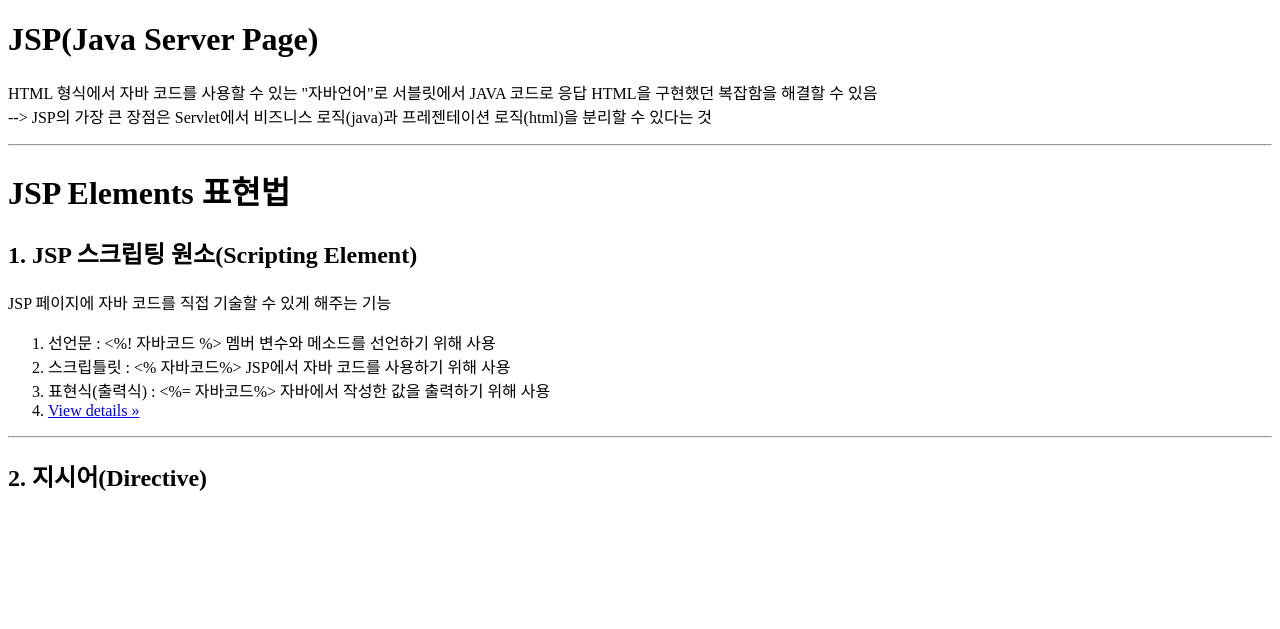
Repository: chuhj1226/servlet
Page: workspace/2_JSP/WebContent/index.html
These files come from the project's save history. The page is drawn as it stood at one moment and after the next save; the edit follows.
The browser window is 1280 px wide. The pictures show the whole page.

Above is the page before, as saved 2021-10-05 08:34:33.

After the next save:
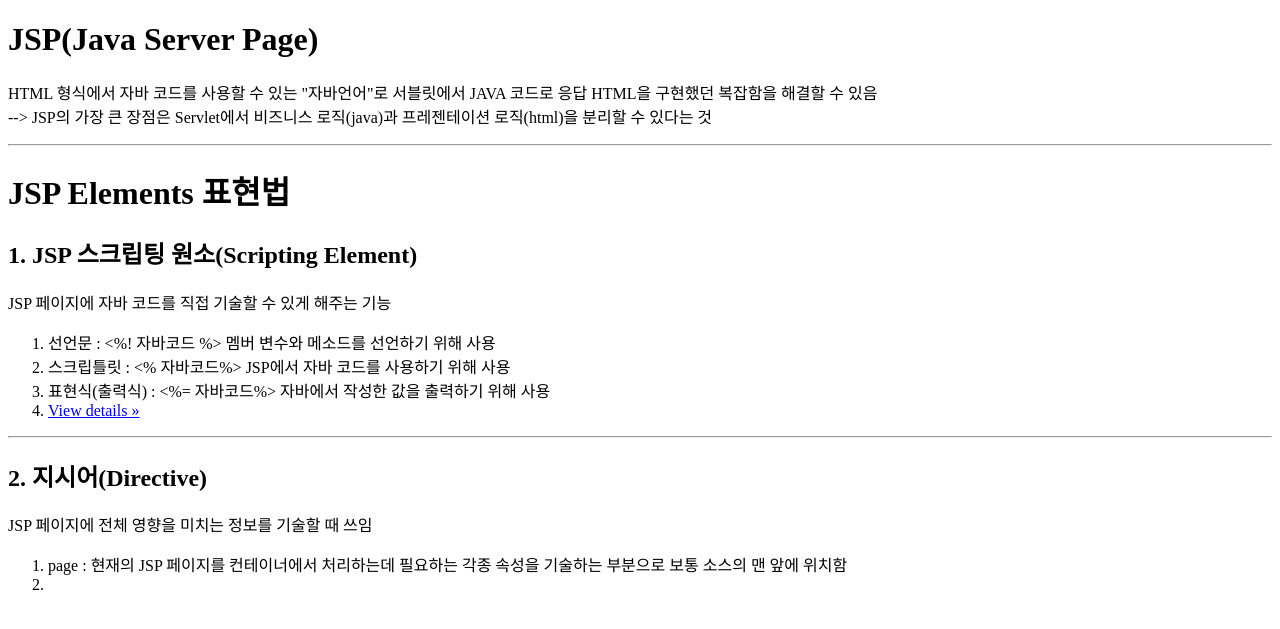
Saved 53 s later.
--- a/workspace/2_JSP/WebContent/index.html
+++ b/workspace/2_JSP/WebContent/index.html
@@ -33,5 +33,14 @@
 		<hr>
 
 		<h2>2. 지시어(Directive)</h2>
+		<p>
+			JSP 페이지에 전체 영향을 미치는 정보를 기술할 때 쓰임
+		</p>
+
+		<ol>
+			<li> page : 현재의 JSP 페이지를 컨테이너에서 처리하는데 필요하는 각종 속성을 기술하는 부분으로
+			보통 소스의 맨 앞에 위치함<li>
+
+		</ol>
 	</body>
 	</html>
